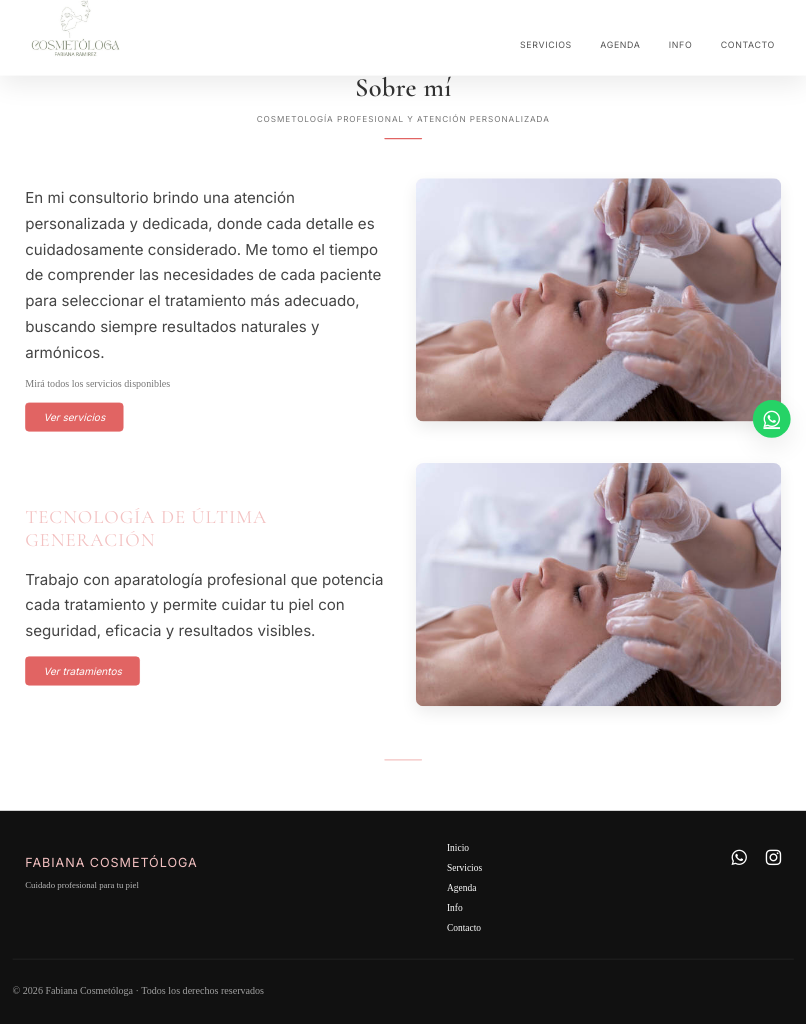
Repository: thiagobal1891-sudo/paginaweb
Page: pages/info.html
The author's editor kept a copy of each file at every save. The page is drawn from the files as they stood at one save, then again after the next save.
The browser window is 1280 px wide. The pictures show the whole page, at 63% of full size.
Some web fonts or font styles are not loaded; a fallback is used.

Above is the page before, as saved 2026-03-11 19:40:42.
Console error: ReferenceError: emailjs is not defined

### pages/info.html
<!DOCTYPE html>
<html lang="es">

<head>
  <meta charset="UTF-8">
  <meta name="viewport" content="width=device-width, initial-scale=1.0">
  <title>Fabiana Cosmetóloga</title>

  <!-- 🎨 Estilos locales -->
  <link rel="stylesheet" href="../css/style.css">

  <!-- 🪶 Tipografías -->
  <link rel="preconnect" href="https://fonts.googleapis.com">
  <link rel="preconnect" href="https://fonts.gstatic.com" crossorigin>
  <link
    href="https://fonts.googleapis.com/css2?family=Melodrama:wght@400;500;600;700&family=Inter:wght@100..900&family=Poppins:wght@100..900&family=Cormorant+Garamond:wght@300..700&display=swap"
    rel="stylesheet">

  <!-- ⭐ Font Awesome -->
  <link rel="stylesheet" href="https://cdnjs.cloudflare.com/ajax/libs/font-awesome/6.5.0/css/all.min.css"
    crossorigin="anonymous" referrerpolicy="no-referrer" />
</head>

<body>
  <header>
    <div class="container">
      <a href="../index.html" class="logo">
        <img src="../media/logo.png" alt="Logo de la marca">
      </a>
      <nav>
        <a href="servicios.html">SERVICIOS</a>
        <a href="agenda.html">AGENDA</a>
        <a href="info.html">INFO</a>
        <a href="contacto.html">CONTACTO</a>
      </nav>
    </div>
  </header>
<section id="sobre" class="appear">

<div class="container">

<div class="section-title">
<h2>Sobre mí</h2>
<p>Cosmetología profesional y atención personalizada</p>
</div>


<div class="sobre-container">

<div class="sobre-texto">

<p>
En mi consultorio brindo una atención personalizada y dedicada,
donde cada detalle es cuidadosamente considerado.
Me tomo el tiempo de comprender las necesidades de cada paciente
para seleccionar el tratamiento más adecuado,
buscando siempre resultados naturales y armónicos.
</p>

<span class="link-servicios">
Mirá todos los servicios disponibles
</span>

<a class="btn-vermas" href="servicios.html#Tratamientos">
Ver servicios
</a>

</div>

<div class="sobre-img">
<img src="../media/Tratamientos-1.jpg" alt="Consultorio">
</div>

</div>


<div class="sobre-container reverse">

<div class="sobre-img">
<img src="../media/Tratamientos-1.jpg" alt="Aparatología estética">
</div>

<div class="sobre-texto">

<h3>Tecnología de última generación</h3>

<p>
Trabajo con aparatología profesional que potencia cada tratamiento
y permite cuidar tu piel con seguridad, eficacia y resultados visibles.
</p>

<a class="btn-vermas" href="servicios.html#Tratamientos">
Ver tratamientos
</a>

</div>

</div>

</div>

</section>

  <footer class="footer">
  <div class="footer-container">

    <!-- Marca -->
    <div class="footer-brand">
      <h3>Fabiana Cosmetóloga</h3>
      <p>Cuidado profesional para tu piel</p>
    </div>

    <!-- Links internos -->
    <div class="footer-links">
      <a href="../index.html">Inicio</a>
      <a href="../pages/servicios.html">Servicios</a>
      <a href="../pages/agenda.html">Agenda</a>
      <a href="../pages/info.html">Info</a>
      <a href="../pages/contacto.html">Contacto</a>
    </div>

    <!-- Redes -->
    <div class="footer-social">
      <a href="https://wa.me/59894623252" target="_blank">
        <i class="fa-brands fa-whatsapp"></i>
      </a>
      <a href="https://www.instagram.com/fabicosmetologa" target="_blank">
        <i class="fa-brands fa-instagram"></i>
      </a>
    </div>

  </div>

  <div class="footer-bottom">
    <p>© 2026 Fabiana Cosmetóloga · Todos los derechos reservados</p>
  </div>
</footer>

  <!-- 📧 EmailJS -->
  <script src="https://cdn.jsdelivr.net/npm/emailjs-com@3/dist/email.min.js"></script>

  <!-- 🧠 Archivo JS externo -->
  <script src="../script.js" defer></script>
<a href="https://wa.me/59894623252" class="whatsapp-float" target="_blank">
<i class="fa-brands fa-whatsapp"></i>
</a>
</body>

</body>

</html>

### css/style.css
@charset "UTF-8";

* {
  box-sizing: border-box;
}

html {
  scroll-behavior: smooth;
}


body {
  font-family: "Melodrama", serif;
  margin: 0;
  animation: fadePage .6s ease;
}
@keyframes fadePage{

from{
opacity:0;
transform:translateY(10px);
}

to{
opacity:1;
transform:translateY(0);
}

}
@keyframes appear {
  from {
    opacity: 0;
    scale: 0.5;
  }
  to {
    opacity: 1;
    scale: 1;
  }
}
.appear{
opacity:0;
transform:translateY(40px);
transition:all .8s ease;
}

.appear.show{
opacity:1;
transform:translateY(0);
}
h1 {
  font-size: 3rem;
  line-height: 1.1;
}

h2 {
  font-size: 2rem;
  line-height: 1.2;
}

p {
  font-size: 1rem;
  line-height: 1.6;
}

h3 {
  font-size: 0.9em;
  font-family: "Inter", sans-serif;
  font-weight: 400;
  letter-spacing: 1.5px;
  color: #f3c1c1; /* tono más delicado que rojo fuerte */
  text-transform: uppercase;
}

section{
position:relative;
}

section::after{
content:"";
display:block;
width:60px;
height:2px;
background:#E16463;
margin:80px auto 0;
opacity:.4;
border-radius:2px;
}


.info_carta {
  font-size: 0.75em;
  color: #f2f2f2;
  font-family: "Inter", sans-serif;
  line-height: 1;
  margin-bottom: 2px;
  max-width:450px;
}


ul {
  list-style: none;
  padding-left: 0;
  font-size: 0.75em;
  font-family: "Inter", sans-serif;
  color: #ffffff;
}

ul li {
  margin-bottom: 4px;
  line-height: 1.3;
  padding-left: 22px;
  position: relative;
  opacity: 0.95;
  transition: transform 0.3s ease, opacity 0.3s ease;
}


ul li::before {
  content: "✧";
  position: absolute;
  left: 0;
  top: 0;
  color: #f3c1c1;
  font-size: 0.75em;
}


button {
  font-size: 1.5em;
  font-weight: 400;
  padding: 10px 30px;
  border-radius: 10px;
  border: 1.5px solid rgb(84, 84, 84);
  box-shadow: 0 15px 40px rgba(0,0,0,.08);
  color: white;
  background-color: #d86a6a;
  font-family: "Inter", sans-serif;
  transition: all 0.3s ease;
  cursor: pointer;
  font-weight: bold;
}

button:hover {
  background-color: white;
  color: #E16463;
  border-color: white;
}

.container {
  max-width: 1400px;
  margin: auto;
  padding:0 20px;
}
.container > *:not(:last-child){
margin-bottom:40px;
}
header {
  position: fixed;
  width: 100%;
  top: 0;
  left: 0;
  background-color: white;
  z-index: 1000;
  max-height: 120px;
  box-shadow: 0 15px 40px rgba(0,0,0,.08);
  transition: .3s;
}
header.scrolled{
background:white;
box-shadow:0 5px 20px rgba(0,0,0,.08);
}
header .logo {
  display: flex;
  align-items: center;
  justify-content: flex-start;
}

header .logo img {
  width: 140px;
  /* ajusta según tu diseño */
  height: 90px;
  border-radius: 2px;
  margin-bottom: 10px;
}

header .container {
  display: flex;
  flex-direction: column;
  align-items: center;
}

header nav {
  display: flex;
  flex-direction: row;
  /* 🔹 cambia "column" por "row" */
  justify-content: center;
  /* opcional: centra los ítems horizontalmente */
  align-items: center;
  /* opcional: los alinea verticalmente */
  text-align: center;
}

header a {
  padding: 0px 5px;
  text-decoration: none;
  color: rgb(84, 84, 84);
  display: inline-block;
  font-family: "Inter", sans-serif;
  margin: 0 5px;
  font-size:14px;
letter-spacing:1px;
}

header a:hover {
  color:#E16463;
}

#hero {
    display: flex;
    align-items: flex-start;
    justify-content: center;
    text-align: left;
    flex-direction: column;
    min-height: 90vh;
    background-image: linear-gradient(0deg, rgba(0, 0, 0, 0.5),
      rgba(0, 0, 0, 0.5)),
      url("../media/fotopiel-rutina-de-skincare-cuidado-facial.webp");
      background-repeat: no-repeat;
      background-size: cover;
      background-position: center center; }

#hero h1 {
  color: white;
  font-family: "Cormorant Garamond";
  font-weight: 600;
  align-self: flex-start;
  text-align: left;
  padding-left: 50px;
  font-size: 5.5rem;
  max-width:700px;
  animation:heroFade 1.2s ease;
}
@keyframes heroFade{
from{
opacity:0;
transform:translateY(40px);
}
to{
opacity:1;
transform:translateY(0);
}
}
#hero button {
  font-size: 1.75em;
  align-self: flex-start;
  margin-left: 150px;
  margin-top: 25px;
  animation:heroFade 1.6s ease;
}


.section-title{
text-align:center;
margin-bottom:60px;
position:relative;
}

.section-title h2{
font-family:"Cormorant Garamond", serif;
font-size:36px;
font-weight:600;
color:#333;
margin-bottom:10px;
letter-spacing:0.5px;
}

.section-title p{
font-family:"Inter", sans-serif;
font-size:13px;
color:#777;
letter-spacing:1.5px;
text-transform:uppercase;
}

/* línea elegante */
.section-title::after{
content:"";
display:block;
width:60px;
height:2px;
background:#E16463;
margin:20px auto 0;
border-radius:2px;
}
.carousel_infocosmet {
  width: 100%;
  overflow: hidden;
  position: relative;
  background-color:  rgba(225,100,99,.15);
  padding:90px 0;
}
.carousel-track{
display:flex;
transition:transform .9s cubic-bezier(.22,.61,.36,1);
}
.slide{
min-width:100%;
width:100%;
flex-shrink:0;
display:flex;
align-items:flex-start;
justify-content:center;
gap:40px;
position:relative;
  opacity:1;
  transform:scale(1);
  transition:all .5s ease;
}
.slide.active{
opacity:1;
transform:scale(1);
}
.slide:hover img{
transform:scale(1.04);
}
.slide:hover .img-wrapper{
box-shadow:0 15px 40px rgba(0,0,0,.08);
}
.img-wrapper{
position:relative;
width:100%;
max-width:520px;
height:320px;
overflow:hidden;
border-radius:12px;
margin:0 auto;
display: block;
box-shadow:0 15px 40px rgba(0,0,0,.08);
transition:all .4s ease;
}

.img-wrapper .badge{
position:absolute;
left:12px;

display:inline-block;

background:rgba(0,0,0,0.55);
backdrop-filter:blur(4px);

color:white;
font-family:"Inter", sans-serif;
font-size:11px;
letter-spacing:1.5px;

padding:6px 14px;
border-radius:20px;

white-space:nowrap;

z-index:5;

box-shadow:0 15px 40px rgba(0,0,0,.08);
border:1px solid rgba(255,255,255,0.15);
}
.img-wrapper img {
width:100%;
height:100%;
object-fit:cover;
display: block;
transition:transform .6s ease, filter .6s ease;
}

.img-wrapper:hover{
transform:translateY(-4px);
box-shadow:0 15px 40px rgba(0,0,0,.08);
}
.badge.top{
top:12px;
}

.badge.bottom{
bottom:12px;
}
#infocosmet .img-wrapper{
position:relative;
overflow:hidden;
}

#infocosmet .badge{
position:absolute;
left:12px;
background:rgba(0,0,0,.55);
backdrop-filter:blur(4px);
color:white;
font-family:"Inter",sans-serif;
font-size:11px;
letter-spacing:1.5px;
padding:6px 14px;
border-radius:20px;
white-space:nowrap;
z-index:20;
}

#infocosmet .badge.top{
top:12px;
}

#infocosmet .badge.bottom{
bottom:12px;
}


#Tratamientos .container{
  background: linear-gradient(180deg, #fffdf8, #fff6ee);
  box-shadow: 0 15px 40px rgba(0,0,0,.08);
}




.carousel-wrapper{
overflow:hidden;
max-width:1200px;
margin:0 auto;
position:relative;
}

/* TRACK */
.carta-tratamientos{
display:flex;
gap:30px;
overflow-x:auto;
scroll-snap-type:x mandatory;
scroll-behavior:smooth;
padding:10px;
}

/* ocultar scrollbar */
.carta-tratamientos::-webkit-scrollbar{
display:none;
}

/* CARTAS */
.carta{
flex:0 0 100%;
scroll-snap-align:center;
height:520px;
border-radius:12px;
background:white;
padding:40px;
background-size:cover;
background-position:center;
position:relative;
overflow: hidden;
}

.carta::before{
content:"";
position:absolute;
top:0;
left:0;
width:100%;
height:3px;
background:#E16463;
transform:scaleX(0);
transform-origin:left;
transition:transform 0.3s ease;
}

.carta:hover::before{
transform:scaleX(1);
}
/* Asegura que el contenido quede arriba */
.carta > * {
  position: relative;
  z-index: 2;
}
.carta h3{
margin-bottom:10px;
}

.carta p{
margin-bottom:10px;
}

.carta ul{
margin-top:10px;
}

.carta:hover::after{
left:100%;
}



.carta:hover ul li {
  transform: translateX(4px);
  opacity: 1;
}
.carta:hover h3{
color:#E16463;
}
.carta,
.agenda-card,
.consulta-card{
transition:all .35s ease;
}

.carta:hover,
.agenda-card:hover,
.consulta-card:hover{
transform:translateY(-6px);
box-shadow:0 20px 50px rgba(0,0,0,.12);
}
/* FLECHAS */
.arrow {
  all: unset;              /* 🔥 reset total del botón */
  position: absolute;
  top: 50%;
  transform: translateY(-50%);
  z-index: 999;
  width: 40px;
  height: 40px;
  border-radius: 50%;
  background: rgba(0,0,0,0.6);
  color: white;
  display: flex;
  align-items: center;
  justify-content: center;
  cursor: pointer;
}


.arrow.left {
  left: 15px;
}

.arrow.right {
  right: 15px;
}


.carta:first-child {
  background-image: linear-gradient(0deg, rgba(0, 0, 0, 0.5), rgba(0, 0, 0, 0.5)), url("../media/Tratamientos-3.jpg");
}

.carta:nth-child(2) {
  background-image: linear-gradient(0deg, rgba(0, 0, 0, 0.5), rgba(0, 0, 0, 0.5)), url("../media/Tratamientos-2.jpg");
}

.carta:nth-child(3) {
  background-image: linear-gradient(0deg, rgba(0, 0, 0, 0.5), rgba(0, 0, 0, 0.5)), url("../media/Tratamientos-1.jpg");
}

.carta:nth-child(4) {
  background-image: linear-gradient(0deg, rgba(0, 0, 0, 0.5), rgba(0, 0, 0, 0.5)), url("../media/Tratamientos-1.jpg");
}

.carta:nth-child(5) {
  background-image: linear-gradient(0deg, rgba(0, 0, 0, 0.5), rgba(0, 0, 0, 0.5)), url("../media/Tratamientos-2.jpg");
}

.carta:nth-child(6) {
  background-image: linear-gradient(0deg, rgba(0, 0, 0, 0.5), rgba(0, 0, 0, 0.5)), url("../media/Tratamientos-1.jpg");
}

.carta:nth-child(7) {
  background-image: linear-gradient(0deg, rgba(0, 0, 0, 0.5), rgba(0, 0, 0, 0.5)), url("../media/Tratamientos-1.jpg");
}

#caracteristicas {
  background: #fff9ec;
  padding: 180px 20px;
}

#caracteristicas .container {
  display: flex;
  justify-content: center;
}

#caracteristicas .contact-card {
  width: 100%;
  max-width: 700px;
  background: #fffdf8;
  border: 2px solid #E16463;
  border-radius: 30px;
  padding: 40px 50px;
  text-align: center;
  box-shadow: 0 15px 40px rgba(0,0,0,.08);
}


/* Títulos */
#caracteristicas .contact-card {
  background: linear-gradient(180deg, #fffdf8, #fff6ee);
  border: 2px solid rgba(225,100,99,.6);
  box-shadow: 0 15px 40px rgba(0,0,0,.08);
}


#caracteristicas .contact-card h3 {
  font-weight: normal;
  font-style: italic;
  margin-bottom: 40px;
  color: #E16463;
}

/* Items */
#caracteristicas .contact-item {
  display: flex;
  align-items: center;
  gap: 20px;
  text-align: left;
}

#caracteristicas .contact-item i {
  font-size: 28px;
  color: #E16463;
}

/* Textos */
#caracteristicas .label {
  display: block;
  font-size: 14px;
  opacity: 0.7;
}

#caracteristicas .valor {
  font-size: 18px;
  font-weight: 600;
  color: #E16463;
  text-decoration: none;
}

/* Separadores */
#caracteristicas .contact-card hr {
  border: none;
  border-top: 1px solid #E16463;
  margin: 25px 0;
}

#agenda-ya{
padding:120px 20px;
background:rgba(225,100,99,.15);
}

.agenda-card{
max-width:900px;
margin:auto;
background:white;
padding:30px;
border-radius:20px;
box-shadow:0 15px 40px rgba(0,0,0,.08);
border:1px solid rgba(225,100,99,.2);
}

/* contenedor elegante del calendario */
#agenda-ya iframe{
max-width:900px;
width:100%;
height:650px;
border-radius:20px;
background:white;
box-shadow:0 15px 40px rgba(0,0,0,.08);
border:1px solid rgba(225,100,99,.2);
padding:10px;
}

.contact-item a {
  position: relative;
  text-decoration: none;
  color: #E16463; /* color de marca */
  font-weight: 500;
}


.contact-item a::after {
  content: "";
  position: absolute;
  left: 0;
  bottom: -3px;
  width: 0;
  height: 1px;
  background-color: #E16463;
  transition: width 0.3s ease;
}

.contact-item a:hover::after {
  width: 100%;
}

.link-icon {
  font-size: 0.15em;   /* más pequeño */
  margin-left: 4px;
  opacity: 0.6;       /* más sutil */
  transition: all 0.3s ease;
}
.contact-item a:hover .link-icon {
  opacity: 1;
  transform: translateY(-1px);
}


#consultas{
padding:120px 20px;
background:rgba(225,100,99,.08);
}

#consultas .container{
display:flex;
flex-direction:column;
align-items:center;
max-width:700px;
margin:0 auto;
}

.consulta-card{
width:100%;
max-width:600px;
margin:0 auto;
}
.consulta-sub{
text-align:center;
font-family:"Inter", sans-serif;
font-size:14px;
color:#777;
margin-bottom:25px;
}
.consulta-card form{
width:100%;
max-width:500px;
margin:auto;
}
.consulta-card h3{
margin-bottom:35px;
text-align:center;
font-family:"Cormorant Garamond", serif;
font-size:28px;
color:#333;
letter-spacing:0;
text-transform:none;
width:100%;
}

/* INPUTS MODERNOS */
.form-group {
  position: relative;
  margin-bottom: 25px;
}
.form-group input,
.form-group textarea{
width:100%;
padding:16px 14px;
border-radius:14px;
border:1px solid #e5e5e5;
font-size:15px;
font-family:"Inter", sans-serif;
outline:none;
transition:all .3s ease;
background:#fff;
}

.form-group input:focus,
.form-group textarea:focus{
border-color:#E16463;
box-shadow:0 0 0 3px rgba(225,100,99,.15);
}
/* LABEL flotante */
.form-group label {
  position: absolute;
  left: 12px;
  top: 14px;
  font-size: 14px;
  color: #888;
  transition: 0.3s ease;
  pointer-events: none;
}

.form-group input:focus + label,
.form-group input:not(:placeholder-shown) + label,
.form-group textarea:focus + label,
.form-group textarea:not(:placeholder-shown) + label {
  top: -8px;
  left: 10px;
  font-size: 12px;
  background: white;
  padding: 0 5px;
  color: #E16463;
}

.btn-enviar{
width:100%;
padding:16px;
border-radius:30px;
border:none;
background:linear-gradient(135deg,#E16463,#d04f4f);
color:white;
font-weight:600;
font-size:15px;
cursor:pointer;
transition:all .3s ease;
margin-top:10px;
}

.btn-enviar:hover{
transform:translateY(-2px);
box-shadow:0 15px 40px rgba(0,0,0,.08);
}

#sobre{
padding:80px 20px;
}

.sobre-container{
display:flex;
align-items:center;
gap:40px;
margin-top:50px;
flex-wrap:wrap;
}

.sobre-container.reverse{
flex-direction:row-reverse;
}

.sobre-texto{
flex:1;
min-width:280px;
}

.sobre-texto p{
font-family:"Inter",sans-serif;
line-height:1.7;
margin-bottom:20px;
color:#444;
}

.sobre-texto h3{
font-family:"Cormorant Garamond",serif;
font-size:30px;
margin-bottom:10px;
}

.sobre-img{
flex:1;
min-width:280px;
}

.sobre-img img{
width:100%;
border-radius:12px;
box-shadow:0 10px 25px rgba(0,0,0,.08);
}

.link-servicios{
display:block;
margin-bottom:10px;
color:#777;
}

.btn-vermas{
display:inline-block;
padding:10px 22px;
background:#E16463;
color:white;
text-decoration:none;
border-radius:30px;
font-family:"Inter",sans-serif;
transition:.3s;
}

.btn-vermas:hover{
transform:translateY(-3px);
box-shadow:0 6px 15px rgba(0,0,0,.15);
}


.link-servicios {
  display: block;
  margin-bottom: 20px;
  font-size: 1rem;
}

.btn-vermas {
  display: inline-flex;
  align-items: center;
  justify-content: center;
  padding: 12px 28px;
  border-radius: 6px;
  font-size: 1rem;
  cursor: pointer;
  font-style: italic;


  background-color: #E16463;   /* 🔥 faltaba esto */
  color: white;                /* 🔥 y esto */
  text-decoration: none;       /* 🔥 importante en <a> */
  border: 1.5px solid #E16463;
  transition: all 0.3s ease;
}

.btn-vermas:hover {
  background-color: white;
  color: #E16463;
}



.whatsapp-float{
position:fixed;
bottom:25px;
right:25px;
width:60px;
height:60px;
background:#25D366;
color:white;
border-radius:50%;
display:flex;
align-items:center;
justify-content:center;
font-size:30px;
box-shadow:0 15px 40px rgba(0,0,0,.08);
z-index:1000;
transition:all .3s ease;
}

.whatsapp-float:hover{
transform:scale(1.1);
}

.footer {
  background: #111;
  color: #fff;
  padding: 50px 20px 25px;
}

.footer-container {
  display: flex;
  flex-direction: column;
  align-items: center;
  gap: 35px;
  text-align: center;
}

/* Marca */
.footer-brand h3 {
  font-size: 20px;
  margin-bottom: 8px;
}

.footer-brand p {
  font-size: 14px;
  opacity: 0.7;
}

/* Links */
.footer-links {
  display: flex;
  flex-direction: column;
  gap: 15px;
}

.footer-links a {
  text-decoration: none;
  color: #fff;
  font-size: 15px;
  transition: 0.3s;
}

.footer-links a:active {
  color: #E16463;
}

/* Redes */
.footer-social {
  display: flex;
  gap: 30px;
  margin-top: 10px;
}

.footer-social a {
  font-size: 28px;
  color: #fff;
  transition: 0.3s;
}

.footer-social a:active {
  transform: scale(0.9);
  color: #E16463;
}

/* Línea inferior */
.footer-bottom {
  margin-top: 40px;
  padding-top: 20px;
  border-top: 1px solid rgba(255,255,255,0.15);
  font-size: 13px;
  opacity: 0.6;
}

@media (max-width:480px){

.img-wrapper{
height:240px;
}

}

@media (min-width: 768px){

#hero {
  align-items: center;
  text-align: center;
  padding: 0 10%;
}

#hero h1 {
  padding-left: 0;
  align-self: center;
}

#hero button {
  margin-left: 0;
  align-self: center;
}

header .container {
  flex-direction: row;
  justify-content: space-between;
  align-items: center;
  padding: 0 40px;
}

header nav {
  gap: 25px;
}

.slide {
  flex-direction: row;
  justify-content: center;
  gap: 40px;
}
.slide::after{
content:"";
position:absolute;
top:50%;
left:50%;
transform:translate(-50%,-50%);
width:1px;
height:70%;
background:linear-gradient(
to bottom,
transparent,
rgba(225,100,99,0.4),
transparent
);
pointer-events:none;
}

.slide img{
max-width:450px;
height:260px;
}

/* 🔥 CARRUSEL TRATAMIENTOS (ARREGLADO) */
.carta-tratamientos{
  display:flex;
  gap:30px;
}

.carta{
  flex:0 0 calc((100% - 30px) / 2);
  height:520px;
  border-radius:20px;
}

.sobre-container {
  flex-direction: row;
  align-items: center;
  text-align: left;
}

.sobre-texto {
  text-align: left;
}

.sobre-texto p {
  font-size: 1.5rem;
}

#caracteristicas {
  padding: 120px 20px;
}

.footer-container {
  flex-direction: row;
  justify-content: space-between;
  align-items: flex-start;
  text-align: left;
  max-width: 1200px;
  margin: auto;
}

}


@media (min-width: 1024px) {
  #hero {
  align-items: center;
  text-align: center;
  padding: 0 10%;
}

#hero h1 {
  font-size: 4.5em;
  padding-left: 0;
  align-self: center;
}

#hero button {
  margin-left: 0;
  align-self: center;
}
header .container {
  flex-direction: row;
  justify-content: space-between;
  align-items: center;
  padding: 0 40px;
}

header nav {
  gap: 25px;
}


.slide {
  display: flex;
  flex-direction: row;
  justify-content: center;
  gap: 40px;
}

/* Contenedor de cada imagen */
.img-wrapper {
  width: 450px;
  height: 260px;
  overflow: hidden;
  border-radius: 15px;
}

/* Imagen */
.img-wrapper img {
  width:100%;
  height:100%;
  object-fit:cover;
  display: block;
}

#Tratamientos {
  padding:120px 10%;
  background-color: rgba(225,100,99,.15);
}
#Tratamientos .container {
  background: linear-gradient(180deg, #fffdf8, #fff6ee);
  padding: 80px 0;
}


/* WRAPPER GENERAL */
.carousel-wrapper {
  overflow: hidden;
  max-width:1200px;
  margin:0 auto;
}

/* CONTENEDOR DE TODAS LAS CARTAS */
.carta-tratamientos{
display:flex;
gap:30px;
transition: transform 0.5s ease;
}

.carta{
flex:0 0 calc((100% - 30px) / 2);
min-height:520px;
height:auto;
border-radius:20px;
padding:50px 60px;
}




.arrow {
  all: unset;
  position: absolute;
  top: 50%;
  transform: translateY(-50%);
  z-index: 5;
  width: 40px;
  height: 40px;
  border-radius: 50%;
  color: white;
  display: flex;
  align-items: center;
  justify-content: center;
  cursor: pointer;
  background-color: rgba(225,100,99,.08);
}

.arrow.left {
  left: 10px;
}

.arrow.right {
  right: 10px;
}

.section-title h2{
font-size:42px;
}

.section-title{
margin-bottom:80px;
}

.sobre-container {
  flex-direction: row;
  align-items: center;
  text-align: left;
}

.sobre-texto {
  text-align: left;
}

.sobre-texto p {
  font-size: 1.5rem;
}
#caracteristicas {
  padding: 120px 20px;
}
#agenda-ya{
padding:120px 20px;
}
.footer-container {
  flex-direction: row;
  justify-content: space-between;
  align-items: flex-start;
  text-align: left;
  max-width: 1200px;
  margin: auto;
}


}

Loaded but not shown: script.js (144 lines, source omitted)

After the next save:
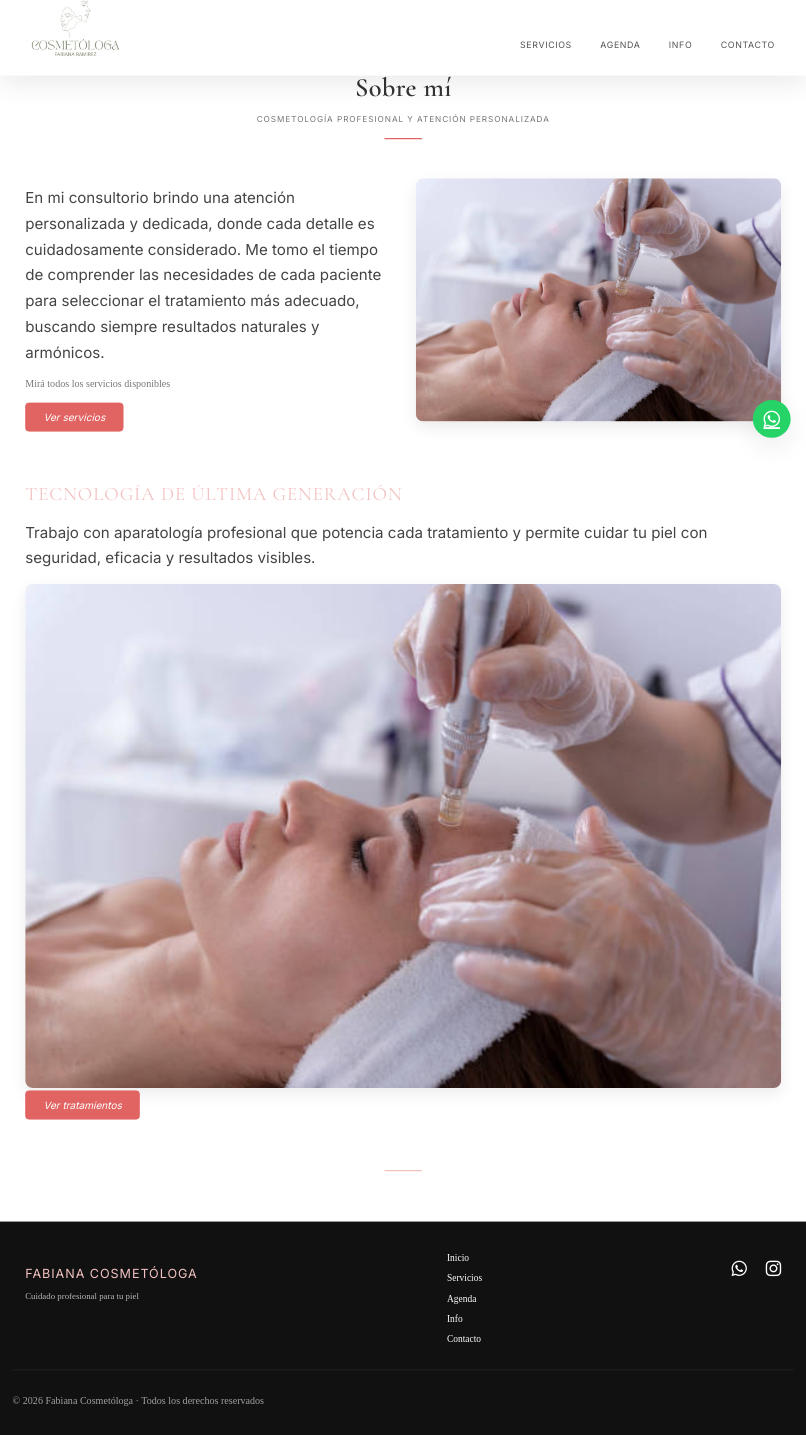
Saved 108 s later.
--- a/pages/info.html
+++ b/pages/info.html
@@ -76,9 +76,7 @@ Ver servicios
 
 <div class="sobre-container reverse">
 
-<div class="sobre-img">
-<img src="../media/Tratamientos-1.jpg" alt="Aparatología estética">
-</div>
+
 
 <div class="sobre-texto">
 
@@ -88,7 +86,9 @@ Ver servicios
 Trabajo con aparatología profesional que potencia cada tratamiento
 y permite cuidar tu piel con seguridad, eficacia y resultados visibles.
 </p>
-
+<div class="sobre-img">
+<img src="../media/Tratamientos-1.jpg" alt="Aparatología estética">
+</div>
 <a class="btn-vermas" href="servicios.html#Tratamientos">
 Ver tratamientos
 </a>
